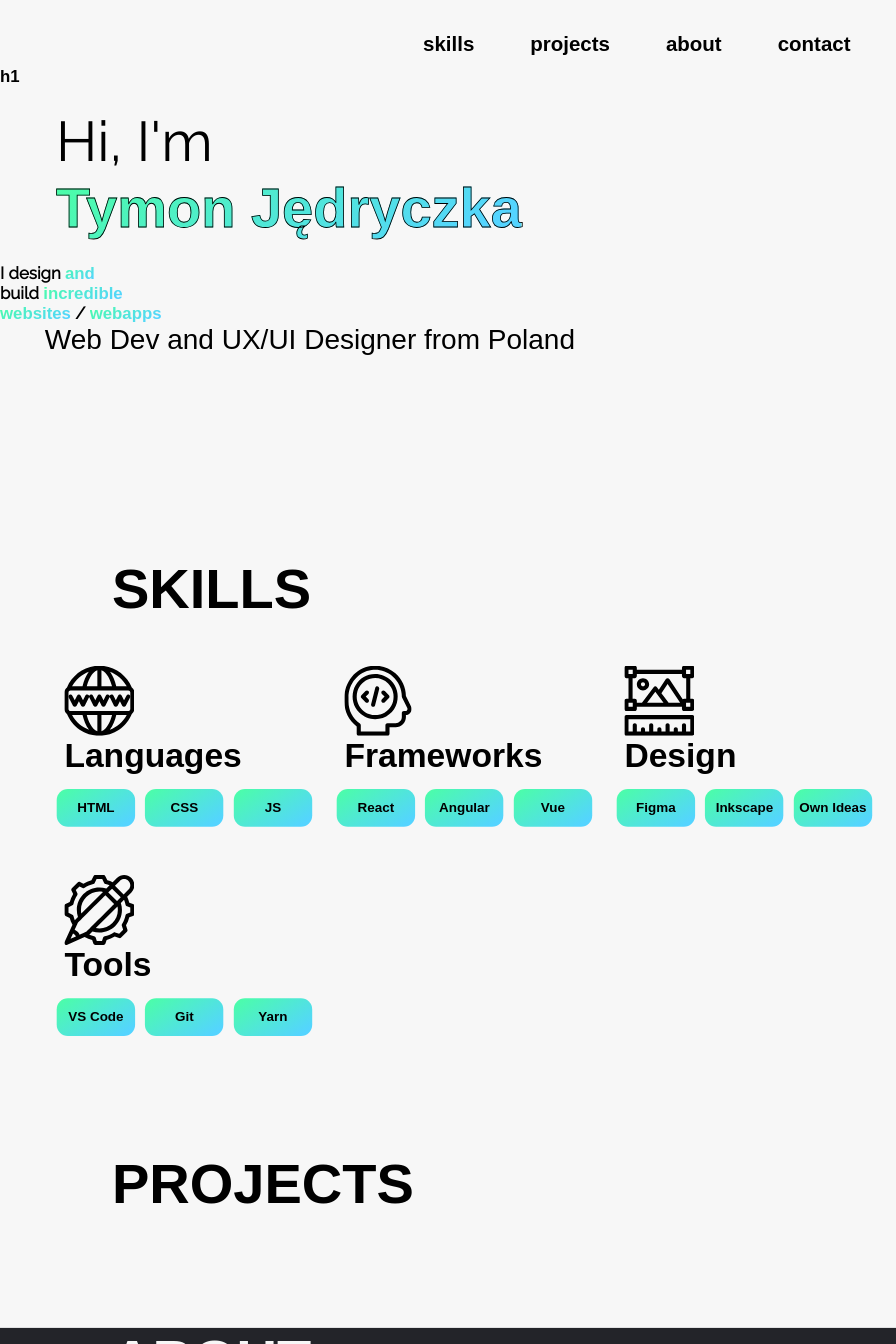
Repository: TeeJaysDev/Portfolio
Page: index.html
The author's editor kept a copy of each file at every save. The page is drawn from the files as they stood at one save, then again after a run of saves.
The browser window is 1280 px wide. The pictures show the part of the page from y = 0 to 1920 px (the page is 2958 px tall), at 70% of full size.
Some web libraries are served in a nearby version.

Above is the page before, as saved 2021-05-04 14:24:50.

### index.html
<!DOCTYPE html>
<html lang="en">
<head>
    <meta charset="UTF-8">
    <meta http-equiv="X-UA-Compatible" content="IE=edge">
    <meta name="viewport" content="width=device-width, initial-scale=1.0">
    <meta name="description" content="Author: Tymon 'TeeJay' Jędryczka, Purpose: It's just a portfolio, Technologies: HTML, CSS">
    <link rel="stylesheet" href="style.css">
    <script src="https://kit.fontawesome.com/97735ba04a.js" crossorigin="anonymous"></script>
    <title>Tymon Jędryczka | Portfolio</title>
</head>
<body>
    <nav>
        <a href="#skills"><h3>skills</h3></a>
        <a href="#projects"><h3>projects</h3></a>
        <a href="#about"><h3>about</h3></a>
        <a href="#contact"><h3>contact</h3></a>
    </nav>
    <header>
        <h2 class="welcome_part_h1">
            h1
        </h2>
        <h1 class="welcome_part">
            Hi, I'm<br>
            <strong>Tymon Jędryczka</strong><br>
        </h1>
        <h2 class="welcome_part_h2">
            I design <strong>and</strong><br>
            build <strong>incredible</strong><br>
            <strong>websites</strong> / <strong>webapps</strong>
        </h2>
        <p class="welcome_part_p">
            Web Dev and UX/UI Designer from Poland
        </p>
    </header>
    <main>
        <h1>
            SKILLS
        </h1>
        <section id="skills">
            <div class="languages">
                <div class="box">
                    <div class="image_h2">
                        <img src="Images/svg/languages.svg" alt="Languages I use all the time">
                        <h2>Languages</h2>
                    </div>
                    <div class="text">
                        <ul>
                            <li>HTML</li>
                            <li>CSS</li>
                            <li>JS</li>
                        </ul>
                    </div>
                </div>
            </div>
            <div class="frameworks">
                <div class="box">
                    <div class="image_h2">
                        <img src="Images/svg/frameworks.svg" alt="Frameworks I often use">
                        <h2>Frameworks</h2>
                    </div>
                    <div class="text">
                        <ul>
                            <li>React</li>
                            <li>Angular</li>
                            <li>Vue</li>
                        </ul>
                    </div>
                </div>
            </div>
            <div class="design">
                <div class="box">
                    <div class="image_h2">
                        <img src="Images/svg/design.svg" alt="Tool I use to create beautiful designs">
                        <h2>Design</h2>
                    </div>
                    <div class="text">
                        <ul>
                            <li>Figma</li>
                            <li>Inkscape</li>
                            <li>Own Ideas</li>
                        </ul>
                    </div>
                </div>
            </div>
            <div class="tools">
                <div class="box">
                    <div class="image_h2">
                        <img src="Images/svg/tools.svg" alt="Other tools I use to improve code performance and designs">
                        <h2>Tools</h2>
                    </div>
                    <div class="text">
                        <ul>
                            <li>VS Code</li>
                            <li>Git</li>
                            <li>Yarn</li>
                        </ul>
                    </div>
                </div>
            </div>
        </section>
        <section id="projects">
            <h1>
                PROJECTS
            </h1>
        </section>
        <section id="about">
            <h1>
                ABOUT
            </h1>
            <h2>
                Who am I?
            </h2>
            <p>
                My name is Tymon 'TeeJay' Jędryczka. I come from Leszno in Poland and programming is either my work and hobby.
                <br><br>
                My first contact with Web- and Front-End Development was in the last class of Primary School. In IT classes we had to make a simple website (text, photos, table - nothing special). And I loved it. I started thinking of becoming a full-time web dev.
                <!-- <br><br> I am also a self-taught dev and with CodeCademy and YouTube I get knowledge of HTML5, CSS3, JS, and its frameworks (React, Angular, Vue). I call myself a 2-in-1 developer 'cause I design things (usually in Figma) and then make them real by writing some code. -->
                <br><br>
                So if you are looking for somebody to hire who is punctual, reliable, has a great deal of knowledge and even though, still want to learn new, useful technologies, my answer is "HERE I AM".
            </p>
        </section>
        <section id="contact">
            <h1>
                CONTACT
            </h1>
        </section>
    </main>
    <footer>
        <h2>2021 &copy; Tymon 'TeeJay' Jędryczka</h2>
        <ul>
            <li><a href="https://facebook.com/tymonjedr/" aria-label="Facebook" target="_blank" rel="noopener"><i class="fab fa-facebook"></i></a></li>
            <li><a href="https://linkedin.com/in/tymon-jedryczka/" aria-label="LinkedIn" target="_blank" rel="noopener"><i class="fab fa-linkedin"></i></a></li>
            <li><a href="https://github.com/TeeJaysDev" aria-label="GitHub" target="_blank" rel="noopener"><i class="fab fa-github"></i></a></li>
            <li><a href="https://stackoverflow.com/users/15029595/teejaysdev" aria-label="StackOverflow" target="_blank" rel="noopener"><i class="fab fa-stack-overflow"></i></a></li>
            <li><a href="https://codecademy.com/profiles/TeeJaysDev" target=”_blank” rel="noopener"><img src="Images/svg/codecademy.svg" alt=""></a></li>
        </ul>
    </footer>
</body>
</html>

### style.css
@import url('https://fonts.googleapis.com/css2?family=Raleway&display=swap');

* {
    margin: 0;
    padding: 0;
    font-family: sans-serif;
    text-decoration: none;
}

body {
    background-color: #F7F7F7;
}

nav {
    display: flex;
    justify-content: flex-end;
}

nav a {
    color: #000000;
    padding: 0.938rem;
    margin-top: 2rem;
    margin-right: 3.125rem;
    font-size: 1.563rem;
}

.welcome_part strong, .welcome_part_h2 strong {
    background-image: linear-gradient(147deg, #4bffa5, #54d4ff 90%);
    background-size: 100%;
    background-repeat: repeat;
    background-clip: text;
    -webkit-background-clip: text;
    -webkit-text-fill-color: transparent;
    -moz-background-clip: text;
    -moz-text-fill-color: transparent;
}

.welcome_part strong {
    -webkit-text-stroke: 1.125px black;
}

.welcome_part_h2 {
    font-family: Raleway;
}

header h2 str

.welcome_part_h1 {
    font-family: monospace;
    font-size: 3.75rem;
    margin-top: 9rem;
    margin-left: 2.5rem;
    margin-bottom: 0rem;
}

.welcome_part {
    margin-top: 2rem;
    margin-left: 5rem;
    margin-bottom: 2rem;
    font-family: Raleway;
    font-weight: lighter;
    font-size: 5rem;
    min-width: 18ch;
}

.welcome_part_p {
    margin-bottom: 18rem;
    margin-left: 4rem;
    font-size: 2.5rem;
}

.box .image_h2 {
    justify-items: center;
}

.image_h2 img {
    width: 100px;
    height: 100px;
}

#skills {
    display: grid;
    justify-content: center;
    grid-template-columns: repeat(auto-fit, 400px);
    margin-left: 4.5rem;
}

main h1 {
    font-size: 5rem;
    margin-left: 10rem;
    margin-top: 10rem;
}

.image_h2 {
    display: flex;
    flex-wrap: wrap;
    margin: 4rem 20rem 1rem 1rem;
    font-size: 2rem;
}

.text {
    display: flex;
    flex-wrap: wrap;
}

.text ul li {
    list-style: none;
    margin: 1rem;
    color: #000000;
    font-weight: bold;
    font-size: 1.2rem;
    text-align: center;
    align-items: center;
    border-radius: 1rem;
    margin: 0.3125rem 0.3125rem;
    display: inline-block;
    width: 7rem;
    background-image: linear-gradient(147deg, #4bffa5, #54d4ff 90%);
    padding-top: 1rem;
    padding-bottom: 1rem;
}

#projects h1 {
    margin-top: 10rem;
}

#about {
    background-color: #232429;
    height: 600px;
    width: 100%;
    color: #F7F7F7;
}

#about h2 {
    margin-left: 5rem;
    margin-top: 7rem;
}

#about p {
    font-size: 1.25rem;
    max-width: 60ch;
    margin-left: 8rem;
    margin-bottom: 5rem;
    margin-top: 2rem;
}

footer, footer h2 {
    color: #C5C4C6;
    background-color: #232429;
    font-family: Arial, Helvetica, sans-serif;
    font-size: 0.938rem;
    font-weight: lighter;
    text-align: center;
    z-index: -1;
    padding-top: 1.875rem;
    padding-bottom: 3.125rem;
}

footer ul li{
    margin-right: 1.5rem;
    display: inline;
}

footer .fab {
    color: #50E8D5;
    font-size: 2rem;
}

footer img{
    width: 2.2rem;
}

body .error {
    text-align: center;
}

.error p {
    font-family: Quicksand;
    font-weight: 700;
    color: #000000;
    font-size: 20rem;
    margin-top: 5rem;
}

.error button a {
    text-decoration: none;
    text-align: center;
    color: #000000;
    font-size: 2rem;
    padding: 3rem;
}

.error .mainError {
    display: flex;
    text-align: center;
    margin-left: 40rem;
    margin-right: auto;
}

.error img {
    width: 250px;
}

.error button {
    margin-top: 10rem;
}
/* Smartphone (portrait) --- */

@media only screen
and (max-width: 767px) {

    nav {
        display: flex;
        justify-content: flex-end;
        margin-right: 1rem;
        margin-top: 0rem;
    }

    nav a {
        padding: 0.938rem;
        margin-top: 2rem;
        margin-right: -1rem;
        font-size: 1rem;
    }

    .welcome_part_h1 {
        font-family: monospace;
        font-size: 1.875rem;
        margin-top: 9rem;
        margin-left: 1rem;
    }

    .welcome_part {
        margin-top: 1rem;
        margin-left: 2rem;
        margin-bottom: 2rem;
        font-size: 2.5rem;
        min-width: 18ch;
    }

    .welcome_part_p {
        margin-bottom: 10rem;
        margin-left: 2rem;
        font-size: 1.25rem;
    }

    main h1 {
        margin-left: 3rem;
        font-size: 4rem;
    }

    #about p {
        font-size: 1.25rem;
        max-width: 35ch;
        margin-left: 2rem;
        margin-bottom: 5rem;
    }

    #about h2 {
        margin-left: 2rem;
        margin-top: 5rem;
    }

    footer, footer h4 {
        padding-top: 1.875rem;
        padding-bottom: 3.125rem;
        width: 100%;
    }

    footer li{
        display: inline;
    }
}



@media only screen
and (min-width: 768px)
and (max-width: 1024px)
and (orientation: portrait) {

    * {
        margin: 0;
        padding: 0;
        font-family: sans-serif;
        text-decoration: none;
    }

    body {
        background-color: #F7F7F7;
    }

    nav {
        display: flex;
        justify-content: flex-end;
        margin-right: 0rem;
        margin-top: 0rem;
    }

    nav a {
        color: #000000;
        padding: 0.938rem;
        margin-top: 2rem;
        margin-right: 3.125rem;
        font-size: 1.563rem;
    }

    .welcome_part_h1 {
        font-family: monospace;
        font-size: 3.75rem;
        margin-top: 13rem;
        margin-left: 2.5rem;
        margin-bottom: 0rem;
    }

    .welcome_part {
        margin-top: 2rem;
        margin-left: 5rem;
        margin-bottom: 2rem;
        font-family: Raleway;
        font-weight: lighter;
        font-size: 3.9rem;
        min-width: 18ch;
    }

    .welcome_part_p {
        margin-bottom: 20rem;
        margin-left: 4rem;
    }

    #about p {
        font-size: 1.25rem;
        max-width: 45ch;
        margin-left: 8rem;
        margin-bottom: 5rem;
    }

    #about h2 {
        margin-left: 5rem;
        margin-top: 5rem;
    }

    #projects h1 {
        width: 15%;
        margin-top: 3rem;
    }

    #about h1 {
        width: 15%;
    }

    #contact h1 {
        width: 17%;
    }

    footer, footer h4 {
        color: #C5C4C6;
        background-color: #232429;
        font-family: Arial, Helvetica, sans-serif;
        font-size: 0.938rem;
        font-weight: lighter;
        text-align: center;
        z-index: -1;
        width: 100%;
        padding-top: 1.875rem;
        padding-bottom: 3.125rem;
    }

    body .error {
        text-align: center;
    }

    .error p {
        font-family: Quicksand;
        font-weight: 700;
        color: #000000;
        font-size: 20rem;
        margin-top: 5rem;
    }

    .error button a {
        text-decoration: none;
        text-align: center;
        color: #000000;
        font-size: 2rem;
        padding: 3rem;
    }

    .error .mainError {
        display: flex;
        text-align: center;
        margin-left: 40rem;
        margin-right: auto;
    }

    .error img {
        width: 250px;
    }

    .error button {
        margin-top: 10rem;
    }
}

@media only screen
and (min-width: 953)
and (max-width: 1230) {
     p {
        margin-left: 1rem;
    }
}

@media only screen
and (min-width: 550px)
and (max-width: 700px) {
    .welcome_part_h1 {
        font-family: monospace;
        font-size: 3.75rem;
        margin-top: 13rem;
        margin-left: 2.5rem;
        margin-bottom: 0rem;
    }

    .welcome_part {
        margin-top: 2rem;
        margin-left: 5rem;
        margin-bottom: 2rem;
        font-size: 2.6rem;
    }

    .welcome_part_p {
        margin-bottom: 20rem;
        margin-left: 4rem;
    }
}

@media only screen
and (min-width: 1920px) {
    .welcome_part_h1 {
        font-family: monospace;
        font-size: 3.75rem;
        margin-top: 13rem;
        margin-left: 2.5rem;
        margin-bottom: 0rem;
    }

    .welcome_part {
        margin-top: 2rem;
        margin-left: 5rem;
        margin-bottom: 2rem;
        font-size: 5rem;
    }

    .welcome_part_p {
        margin-bottom: 20rem;
        margin-left: 4rem;
        font-size: 2.5rem;
    }
}

@media only screen
and (max-width: 950) {

}

After the next 2 saves:
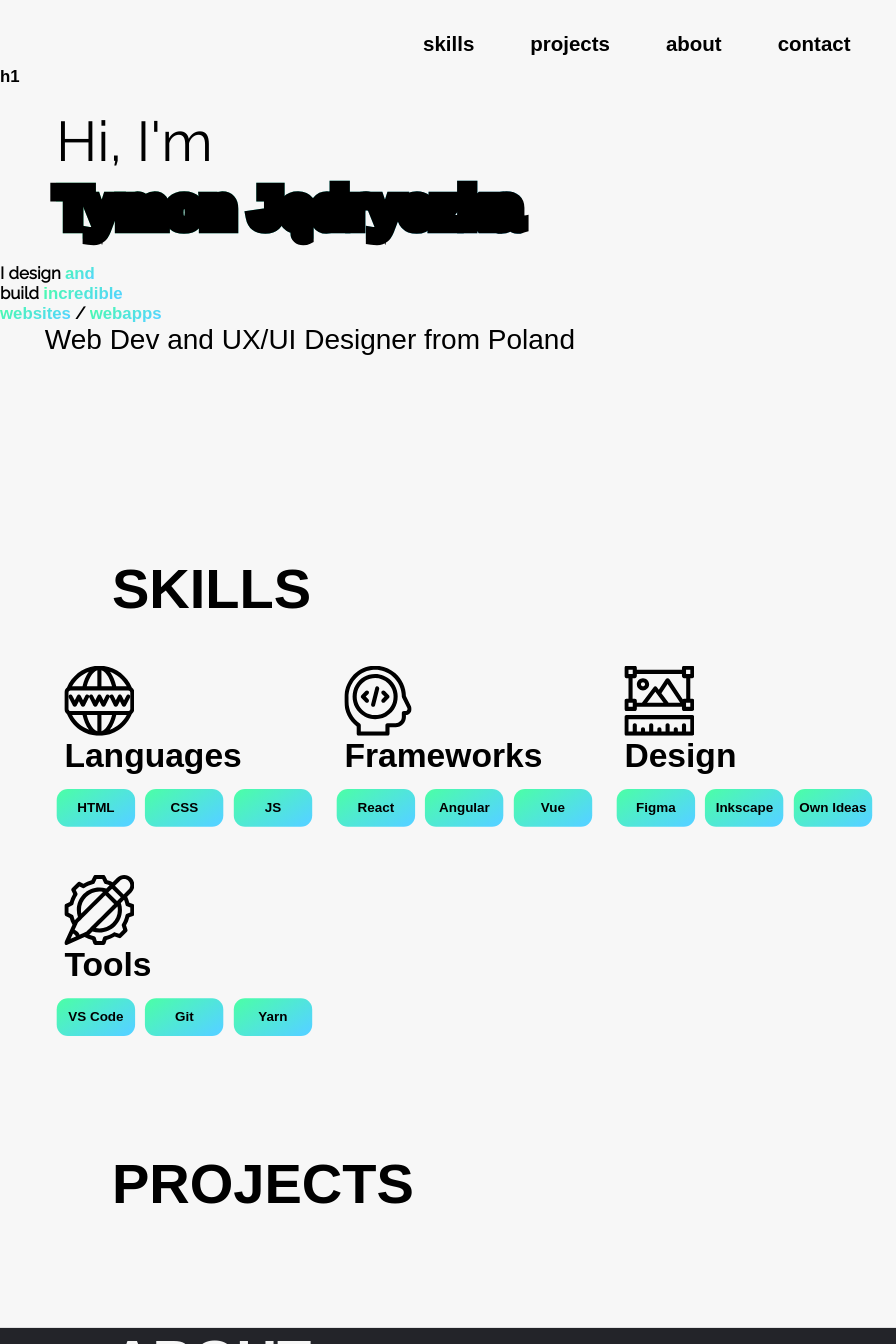
The 2 saves are shown as one change because they came seconds apart.
The last was saved 6 s later.
--- a/style.css
+++ b/style.css
@@ -36,7 +36,7 @@ nav a {
 }
 
 .welcome_part strong {
-    -webkit-text-stroke: 1.125px black;
+    -webkit-text-stroke: 1.125rem black;
 }
 
 .welcome_part_h2 {
